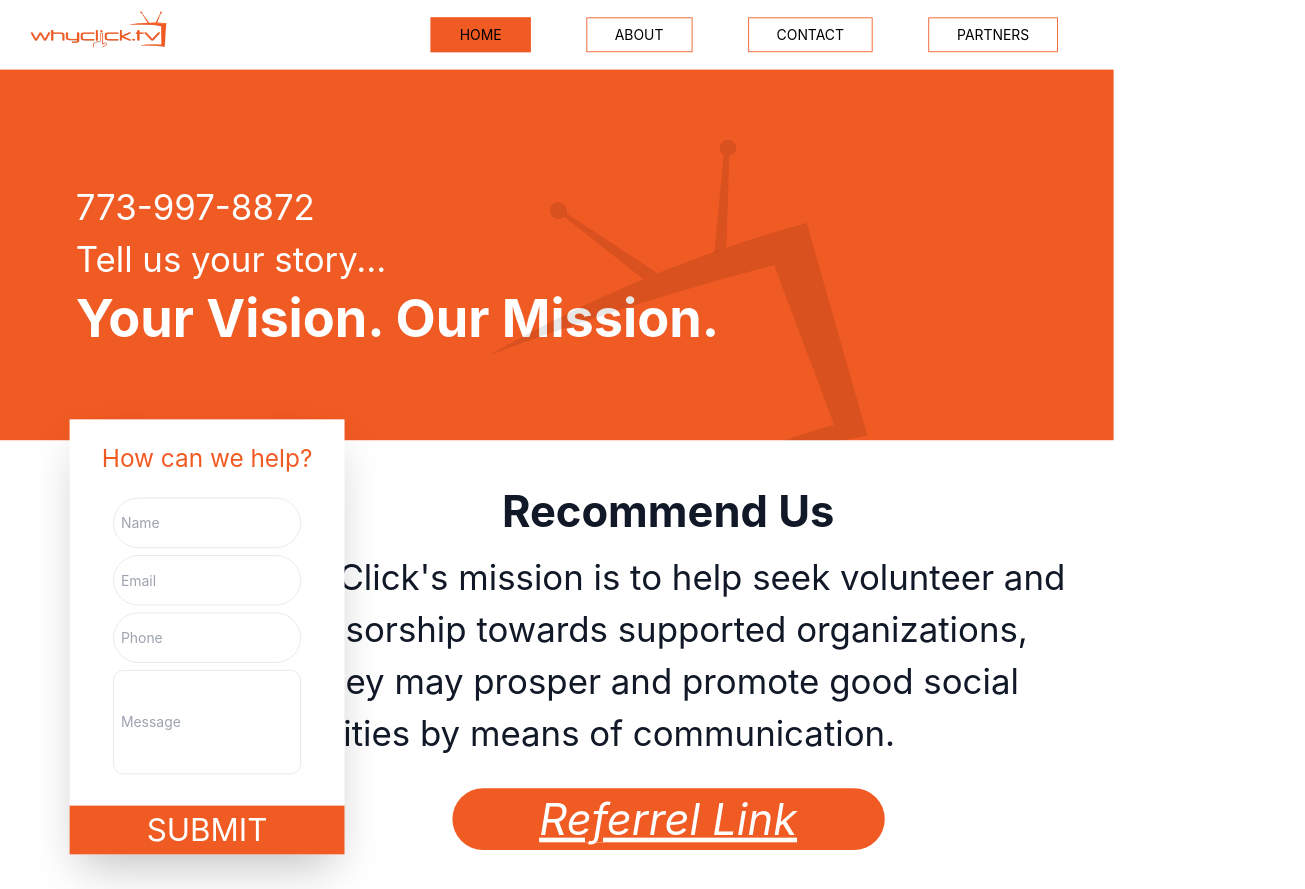
Repository: legenddev1202/whyclicktv
Page: /
The author's editor kept a copy of each file at every save. The page is drawn from the files as they stood at one save, then again after the next save.
The browser window is 1280 px wide. The page is 1280 px wide, then 1500 px, so the pictures cover 1500 px, including what lies to the right of the window. The pictures show the whole page, at 87% of full size.
The project was rebuilt for these pictures with package versions that can differ from the ones it lists, and the page was loaded fresh each time. Also part of the build but not shown: src/App.css, src/pages/about.js, src/pages/contact.js, src/pages/partners.js, src/pages/referral.js.

Above is the page before, as saved 2022-03-31 13:37:48.

### public/index.html
<!DOCTYPE html>
<html lang="en">
  <head>
    <meta charset="utf-8" />
    <link rel="icon" href="%PUBLIC_URL%/favicon.ico" />
    <meta name="viewport" content="width=device-width, initial-scale=1" />
    <meta name="theme-color" content="#000000" />
    <meta name="description" content="why-click" />
    <link rel="apple-touch-icon" href="%PUBLIC_URL%/favicon.ico" />
    <!--
      manifest.json provides metadata used when your web app is installed on a
      user's mobile device or desktop. See https://developers.google.com/web/fundamentals/web-app-manifest/
    -->
    <link rel="manifest" href="%PUBLIC_URL%/manifest.json" />
    <!--
      Notice the use of %PUBLIC_URL% in the tags above.
      It will be replaced with the URL of the `public` folder during the build.
      Only files inside the `public` folder can be referenced from the HTML.

      Unlike "/favicon.ico" or "favicon.ico", "%PUBLIC_URL%/favicon.ico" will
      work correctly both with client-side routing and a non-root public URL.
      Learn how to configure a non-root public URL by running `npm run build`.
    -->
    <title>WhyClick.tv</title>
  </head>
  <body>
    <noscript>WhyClick.tv</noscript>
    <div id="root"></div>
    <!--
      This HTML file is a template.
      If you open it directly in the browser, you will see an empty page.

      You can add webfonts, meta tags, or analytics to this file.
      The build step will place the bundled scripts into the <body> tag.

      To begin the development, run `npm start` or `yarn start`.
      To create a production bundle, use `npm run build` or `yarn build`.
    -->
  </body>
</html>

### src/index.css
@tailwind base;
@tailwind components;
@tailwind utilities;

body {
  margin: 0;
  font-family: -apple-system, BlinkMacSystemFont, "Segoe UI", "Roboto", "Oxygen",
    "Ubuntu", "Cantarell", "Fira Sans", "Droid Sans", "Helvetica Neue",
    sans-serif;
  -webkit-font-smoothing: antialiased;
  -moz-osx-font-smoothing: grayscale;
  height: 100%;
  min-height: 500px;
}

code {
  font-family: source-code-pro, Menlo, Monaco, Consolas, "Courier New",
    monospace;
}

### src/App.js
import { Routes, Route, Link } from "react-router-dom";
import "./App.css";
import Home from "./pages/home";
import About from "./pages/about";
import Contact from "./pages/contact";
import Partners from "./pages/partners";
import Referral from "./pages/referral";

function App() {
  return (
    <Routes>
      <Route path="/" element={<Home />} />
      <Route path="about" element={<About />} />
      <Route path="contact" element={<Contact />} />
      <Route path="partners" element={<Partners />} />
      <Route path="referrel" element={<Referral />} />
    </Routes>
  );
}

export default App;

### src/pages/home.js
import React from "react";
import { Routes, Route, Link } from "react-router-dom";

function Home() {
  return (
    <>
      <div className="bg-transparent w-full h-20 flex items-center px-8 justify-between">
        <div className="h-20">
          <img
            className="logo-icon h-full"
            src="assets/images/logos/logo.svg"
            alt="logo"
          />
        </div>
        <div className="">
          <button
            className="h-10 px-8 mx-8 border"
            style={{ borderColor: "#F05A23", backgroundColor: "#F05A23" }}
          >
            <Link to="/">HOME</Link>
          </button>
          <button
            className="h-10 px-8 mx-8 border"
            style={{ borderColor: "#F05A23" }}
          >
            <Link to="/about">ABOUT</Link>
          </button>
          <button
            className="h-10 px-8 mx-8 border"
            style={{ borderColor: "#F05A23" }}
          >
            <Link to="/contact">CONTACT</Link>
          </button>
          <button
            className="h-10 px-8 mx-8 border"
            style={{ borderColor: "#F05A23" }}
          >
            <Link to="/partners">PARTNERS</Link>
          </button>
        </div>
      </div>
      <div className="h-full w-full">
        <div
          className="relative overflow-hidden"
          style={{ backgroundColor: "#F05A23", height: "426px" }}
        >
          <img
            className="logo-icon h-full absolute -bottom-20"
            style={{ right: "279px" }}
            src="assets/images/logos/tv-logo.png"
            alt="logo"
          />
          <div style={{ padding: "145px 0 0 87px" }}>
            <div className="text-lg text-white" style={{ fontSize: 40 }}>
              773-997-8872
            </div>
            <div className="text-lg text-white pt-8" style={{ fontSize: 40 }}>
              Tell us your story...
            </div>
            <div
              className="text-4xl font-bold text-white pt-8"
              style={{ fontSize: 60 }}
            >
              Your Vision. Our Mission.
            </div>
          </div>
        </div>
      </div>
      <div
        className="w-full p-8 pl-72 flex flex-col items-center justify-center relative"
        style={{ height: 516 }}
      >
        <div className="font-bold text-gray-900" style={{ fontSize: 50 }}>
          Recommend Us
        </div>
        <div
          className="text-2xl pt-2  text-gray-900"
          style={{ maxWidth: 928, fontSize: 40, lineHeight: 1.5 }}
        >
          WhyClick's mission is to help seek volunteer and sponsorship towards
          supported organizations, so they may prosper and promote good social
          activities by means of communication.
        </div>
        <button
          className="rounded-full italic p-2 px-20 text-white underline text-xl mt-8"
          style={{
            backgroundColor: "#F05A23",
            fontSize: 50,
            width: 497,
            height: 71,
          }}
        >
          <Link to="/referrel">Referrel Link</Link>
        </button>
        <div
          className="bg-white shadow-2xl absolute left-20 flex flex-col items-center"
          style={{ width: "316px", height: "500px", top: -24 }}
        >
          <div className="pt-6" style={{ color: "#F05A23", fontSize: 28 }}>
            How can we help?
          </div>
          <div style={{ marginTop: 24 }}>
            <input
              className="border rounded-full w-full h-12 px-2"
              style={{ width: 216, height: 58 }}
              placeholder="Name"
            ></input>
          </div>
          <div className="pt-2">
            <input
              className="border rounded-full w-full h-12 px-2"
              style={{ width: 216, height: 58 }}
              placeholder="Email"
            ></input>
          </div>
          <div className="pt-2">
            <input
              className="border rounded-full w-full h-12 px-2"
              style={{ width: 216, height: 58 }}
              placeholder="Phone"
            ></input>
          </div>
          <div className="pt-2">
            <input
              className="border rounded-xl w-full h-24 px-2"
              style={{ width: 216, height: 120 }}
              placeholder="Message"
            ></input>
          </div>
          <button
            className="w-full h-14 flex items-center justify-center text-white absolute bottom-0"
            style={{ backgroundColor: "#F05A23", fontSize: 36 }}
          >
            SUBMIT
          </button>
        </div>
      </div>
    </>
  );
}
export default Home;

Loaded but not shown: src/index.js (common file); src/reportWebVitals.js (common file); tailwind.config.js (common file)

After the next save:
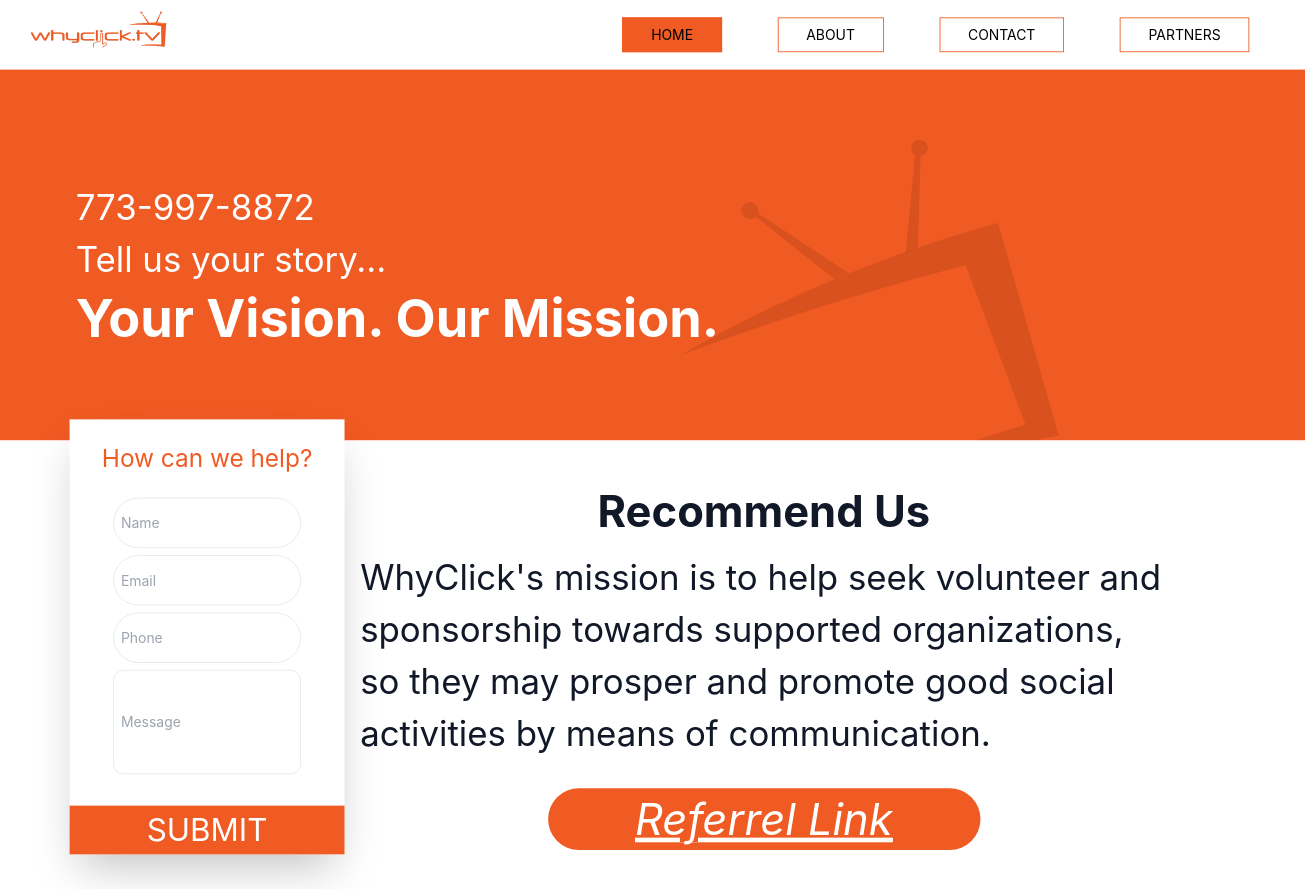
Saved 34 min 39 s later.
--- a/src/index.css
+++ b/src/index.css
@@ -11,6 +11,7 @@ body {
   -moz-osx-font-smoothing: grayscale;
   height: 100%;
   min-height: 500px;
+  min-width: 1500px;
 }
 
 code {
